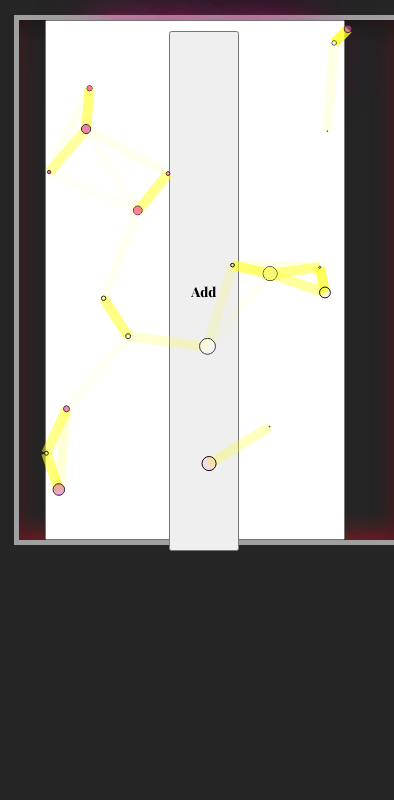
Repository: TENSAEA/----todo
Page: index.html
An editor plug-in stored every save of this project. The page is shown before and after the next save, followed by the edit.
The browser window is 375 px wide. The page is 394 px wide, so the pictures cover 394 px, including what lies to the right of the window. The pictures show the whole page.
Some web fonts or font styles are not loaded; a fallback is used.

Above is the page before, as saved 2023-10-25 14:45:15.

### index.html
<!DOCTYPE html>
<html lang="en">
  <head>
    <meta charset="UTF-8" />
    <meta name="viewport" content="width=device-width, initial-scale=1.0" />
    <title>TodoList</title>
    <link rel="stylesheet" href="style.css" />
  </head>
  <body>
    <div id="particle">
      <div class="container">
        <h1>Todo List</h1>
        <br />
        <div class="header">
          <form class="form">
            <input type="text" id="add" />
            <label for="add"><button id="addBtn">Add</button></label>
          </form>
        </div>
        <div class="list-div">
          <!-- <div class="list-hide">
          <ul class="list">
            <li>
              <input class="list-text" type="text" id="edit" readonly />
              <label for="edit">
                <button class="edit">Edit</button
                ><button class="delete">Delete</button>
              </label>
            </li>
          </ul>
        </div> -->
        </div>
      </div>
    </div>
    <script src="particles.js"></script>
    <script src="https://cdn.jsdelivr.net/npm/particles.js@2.0.0/particles.min.js"></script>
    <script src="script.js"></script>
  </body>
</html>

### style.css
@import url('https://fonts.googleapis.com/css2?family=Bungee+Spice&family=Playfair+Display:wght@800&display=swap');

*{
   box-sizing:border-box;
   margin:0;
   padding:0;
   font-family: 'Bungee Spice', sans-serif;
font-family: 'Playfair Display', serif;}
body{
    background-color: #252525;
}

#particle{
    position: absolute;
      top: 0;
      left: 0;
      width: 100%;
      height: 65%;
      z-index: 2;

}

.container{
    -webkit-box-shadow: 0px 0px 0px 5px #A0A0A0, inset 0px 10px 27px -8px #141414, inset 0px -10px 27px -8px #A31925, 5px 5px 15px 5px rgba(0,0,0,0);
box-shadow: 0px 0px 0px 5px #A0A0A0, inset 0px 10px 27px -8px #141414, inset 0px -10px 27px -8px #A31925, 5px 5px 15px 5px rgba(0,0,0,0);
    display: flex;
    flex-direction: column;
    padding: 20%;
    margin:5%;
    margin-top:20px;
    flex-grow: 1;
    flex:1;
    width:100%;
}

.container h1{
    margin-top:-5px;
    font-size:3em;
    text-align:center;
    color: #FFFFFF;
text-shadow: #FFF 0px 0px 5px, #FFF 0px 0px 10px, #FFF 0px 0px 15px, #FF2D95 0px 0px 20px, #FF2D95 0px 0px 30px, #FF2D95 0px 0px 40px, #FF2D95 0px 0px 50px, #FF2D95 0px 0px 75px;
color: #FFFFFF;


}

.header{
    padding-bottom: 2em;
}

#add{
    padding: 1em;
    width:80%;
    margin-left:2em;
}
.form label button{
    padding:1em;
    width:5em;
    margin-left:10px;
    cursor: pointer;
}

.list{
    padding-bottom: 20px;
}

.list li{
    list-style-type: none;
}

.list-div .list li .list-text{
    padding: 1em;
    width:60%;
    margin-left:60px;
}
.edit,.delete{
    padding:1em;
    width:70px;
    margin-left:10px;
    cursor: pointer;
}

@media (max-width:636px){
    *,:before,:after {
      content: '';
      position: absolute;
      top: 0;
      left: 0;
      width: 100%;
      height: 100%;

    } {
      content: '';
      position: absolute;
      top: 0;
      left: 0;
      width: 100%;
      height: 100%;

    } {
        box-sizing: border-box;
        width: 100%;
    }


    .form label button{
        padding:10px;
        width:70px;
        margin:3% 40%;
        cursor: pointer;
    }
    .edit,.delete{
        padding:10px;
        width:70px;
        margin:2% 38%;
        cursor: pointer;
    }
    }

### particles.js
var config = {
  particles: {
    number: {
      value: 150,

      density: {
        enable: true,
        value_area: 786,
      },
    },
    color: {
      value: ["#ffffff", "#FF6F91", "#F9F871", "#D65DB1"],
    },
    shape: {
      type: "circle",
      stroke: {
        width: 1,
        color: "#000000",
      },
      polygon: {
        nb_sides: 12,
      },
      image: {
        src: "",
        width: 100,
        height: 100,
      },
    },
    opacity: {
      value: 1,
      random: true,
      anim: {
        enable: true,
        speed: 1,
        opacity_min: 0,
        sync: false,
      },
    },
    size: {
      value: 10,
      random: true,
      anim: {
        enable: true,
        speed: 3,
        size_min: 0.3,
        sync: false,
      },
    },
    line_linked: {
      enable: true,
      distance: 100,
      color: "#ff2",
      opacity: 1,
      width: 10,
    },
    move: {
      enable: true,
      speed: 1.3,
      direction: "top",
      random: true,
      straight: true,
      out_mode: "out",
      bounce: false,
      attract: {
        enable: true,
        rotateX: 2082.2488,
        rotateY: 3363.6328,
      },
    },
  },
  interactivity: {
    detect_on: "canvas",
    events: {
      onhover: {
        enable: true,
        mode: "grab",
      },
      onclick: {
        enable: true,
        mode: "repulse",
      },
      resize: true,
    },
    modes: {
      grab: {
        distance: 70,
        line_linked: {
          opacity: 0.5,
        },
      },
      bubble: {
        distance: 100,
        size: 5,
        duration: 8.598243,
        opacity: 0,
        speed: 3,
      },
      repulse: {
        distance: 150,
        duration: 0.8,
      },
      push: {
        particles_nb: 4,
      },
      remove: {
        particles_nb: 2,
      },
    },
  },
  retina_detect: true,
};

window.onload = function () {
  let clause = window.innerWidth < 768;
  config.particles.number.value = clause ? 80 : 150;
  particlesJS("particle", config);
};

### script.js
window.addEventListener("load", () => {
  let addInput = document.getElementById("add");
  let addBtn = document.getElementById("addBtn");

  addBtn.addEventListener("click", (e) => {
    e.preventDefault();
    console.log("clicked");
    let list = document.querySelector(".list-div");
    let ul = document.createElement("ul");
    ul.classList.add("list");
    let li = document.createElement("li");
    ul.appendChild(li);
    let input = document.createElement("input");
    input.classList.add("list-text");
    input.type = "text";
    input.id = "edit";
    input.setAttribute("readonly", "readonly");
    input.value = addInput.value;
    li.appendChild(input);

    let label = document.createElement("label");
    label.setAttribute("for", "edit");
    li.appendChild(label);
    let buttonOne = document.createElement("button");
    buttonOne.classList.add("edit");
    buttonOne.textContent = "Edit";
    label.appendChild(buttonOne);
    let buttonTwo = document.createElement("button");
    buttonTwo.classList.add("delete");
    buttonTwo.textContent = "Delete";
    label.appendChild(buttonTwo);

    let listHide = document.createElement("div");
    listHide.classList.add("list-hide");

    listHide.appendChild(ul);
    list.appendChild(listHide);

    buttonOne.addEventListener("click", () => {
      if (buttonOne.textContent.toLowerCase() == "edit") {
        input.removeAttribute("readonly");
        buttonOne.textContent = "Save";
        input.focus();
      } else {
        input.setAttribute("readonly", "readonly");
        buttonOne.textContent = "Edit";
      }
    });

    buttonTwo.addEventListener("click", () => {
      list.removeChild(listHide);
    });
  });
});

After the next save:
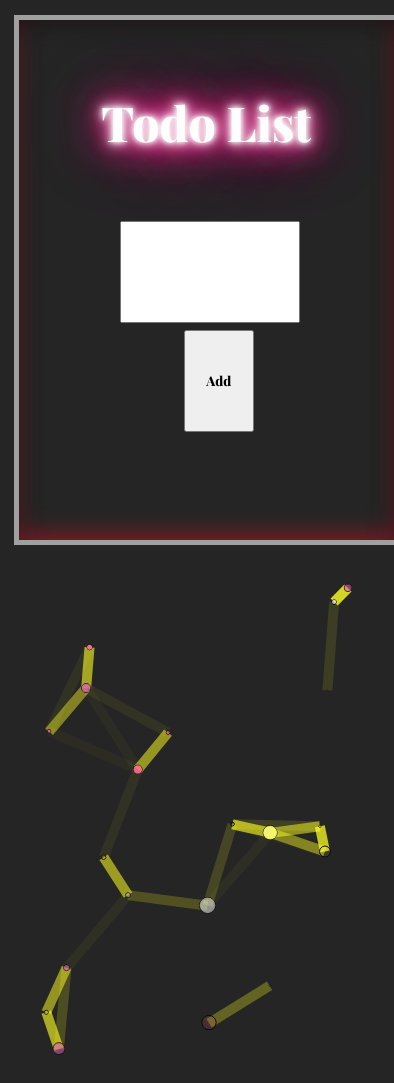
Saved 54 s later.
--- a/style.css
+++ b/style.css
@@ -82,21 +82,9 @@ color: #FFFFFF;
 
 @media (max-width:636px){
     *,:before,:after {
-      content: '';
-      position: absolute;
-      top: 0;
-      left: 0;
       width: 100%;
       height: 100%;
-
-    } {
-      content: '';
-      position: absolute;
-      top: 0;
-      left: 0;
-      width: 100%;
-      height: 100%;
-
+      box-sizing: border-box;
     } {
         box-sizing: border-box;
         width: 100%;
